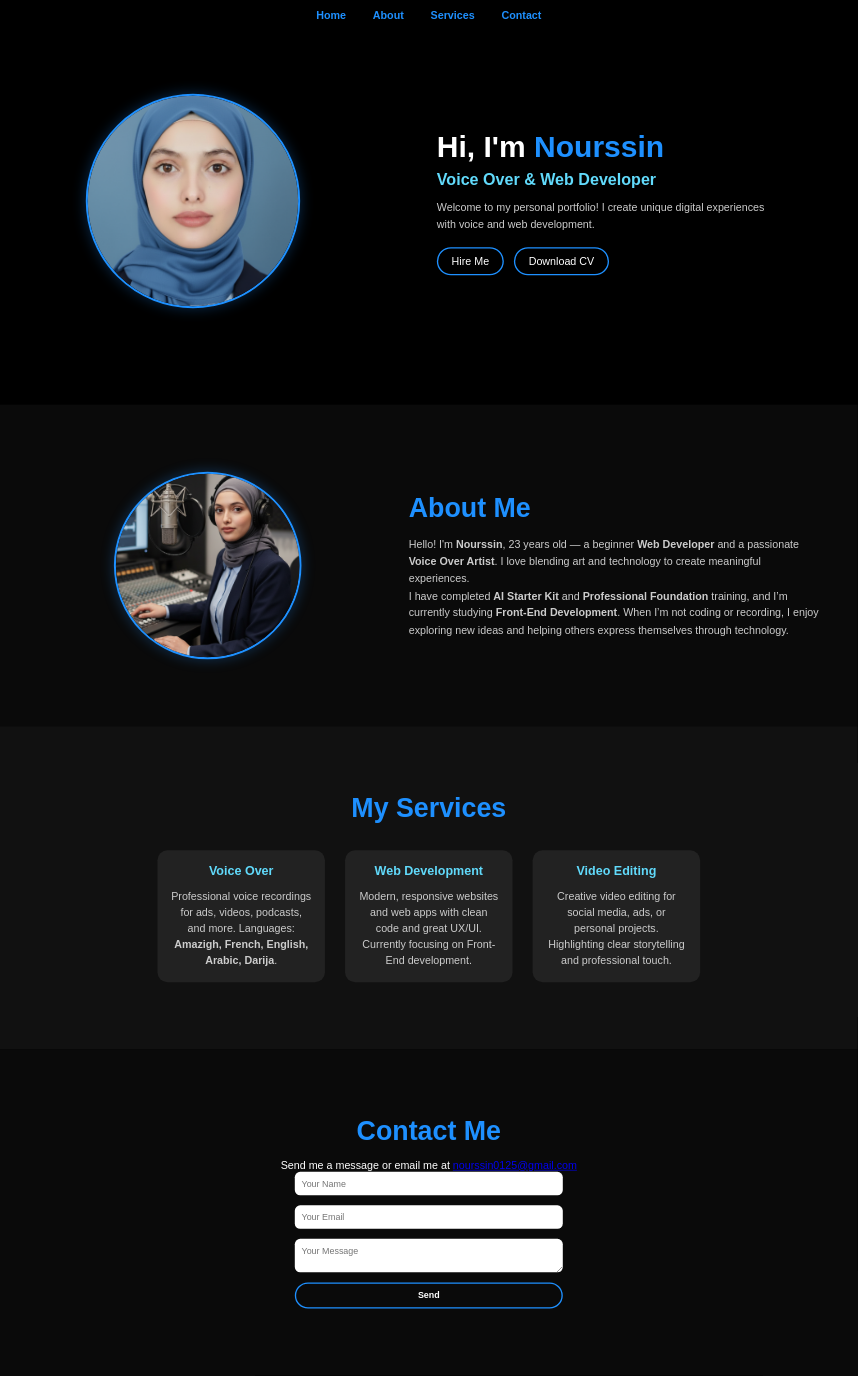
Repository: Abidar-Noura/portfolio
Page: index.html
The author's editor kept a copy of each file at every save. The page is drawn from the files as they stood at one save, then again after the next save.
The browser window is 1280 px wide. The pictures show the whole page, at 67% of full size.

Above is the page before, as saved 2025-11-02 12:17:47.

After the next save:
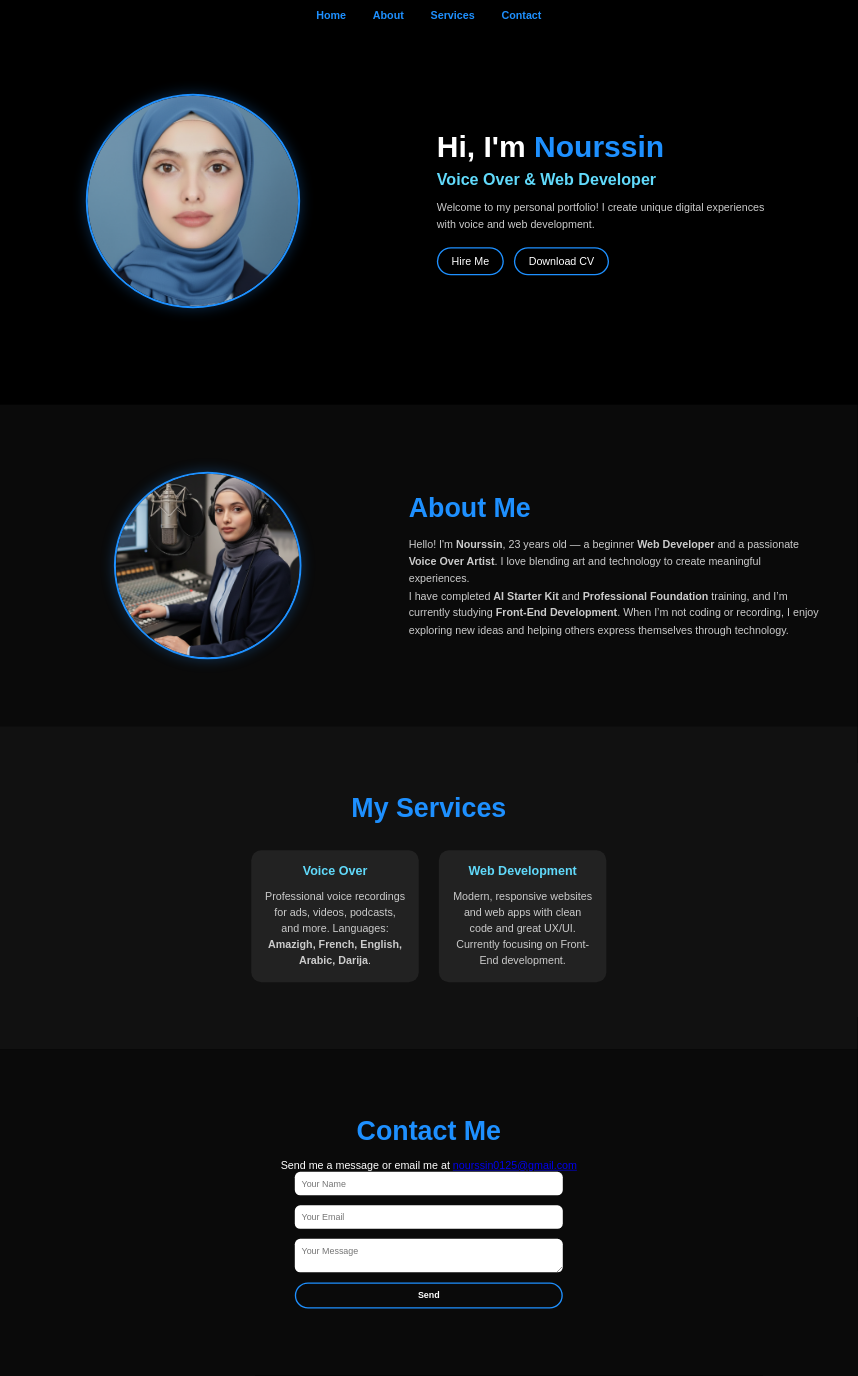
Saved 104 s later.
--- a/index.html
+++ b/index.html
@@ -88,17 +88,9 @@
       </p>
     </div>
 
-    <!-- Video Editing -->
-    <div class="card">
-      <h3>Video Editing</h3>
-      <p>
-        Creative video editing for social media, ads, or personal projects.
-        Highlighting clear storytelling and professional touch.
-      </p>
-    </div>
-
   </div>
 </section>
+
   <!-- ===== CONTACT SECTION ===== -->
   <section class="contact" id="contact">
     <h2>Contact Me</h2>
